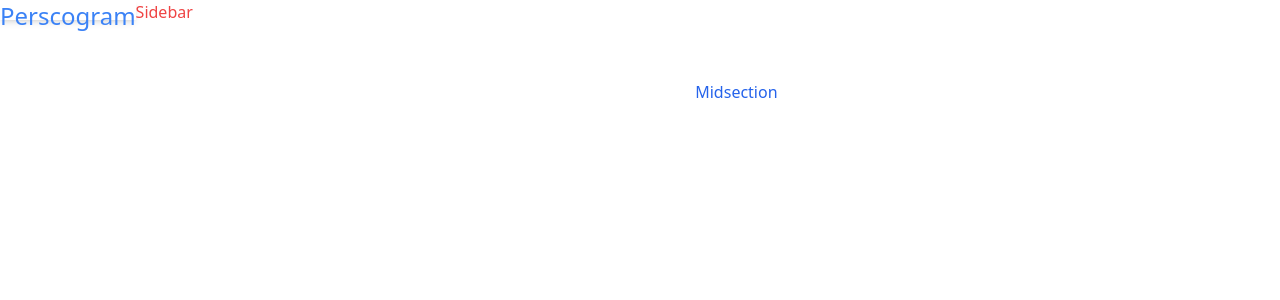
Repository: brandford7/perscogram
Page: /
An editor plug-in stored every save of this project. The page is shown before and after a run of saves, followed by the edit.
The browser window is 1280 px wide. The pictures show the whole page.
The project was rebuilt for these pictures with package versions that can differ from the ones it lists, and the page was loaded fresh each time. The framework's server and built-in components were replaced by stand-ins that run in the browser. Also part of the build but not shown: next.config.js.

Above is the page before, as saved 2022-12-15 22:00:45.

### pages/index.js
import Head from 'next/head'
import { Header, Midsection, Sidebar } from '../components'





export default function Home() {
  return (
    <>
      <Head>
        <title>Perscogram</title>
        <meta name="description" content="Generated by create next app" />
        <meta name="viewport" content="width=device-width, initial-scale=1" />
        <link rel="icon" href="/favicon.ico" />
      </Head>

      <div className="flex  w-full h-screen text-green-500 ">
        <header><Header/></header>
        <aside>
          <Sidebar />
        </aside>
        <main className="flex  mx-auto">
          <Midsection />
        </main>
      </div>
    </>
  );
}

### styles/globals.css
@tailwind base;
@tailwind components;
@tailwind utilities;

* {
  box-sizing: border-box;
  padding: 0;
  margin: 0;
}

html,
body {
  max-width: 100vw;
  overflow-x: hidden;
}

body {
  color: rbg(--foreground-rgb);
  background: linear-gradient(
      to bottom,
      transparent,
      rgb(var(--background-end-rgb))
    )
    rgb(var(--background-start-rgb));
}

a {
  color: inherit;
  text-decoration: none;
}

@media (prefers-color-scheme: dark) {
  html {
    color-scheme: dark;
  }
}

### components/index.js
export { default as Midsection } from './Midsection'
export { default as Sidebar } from './Sidebar'
export { default as Header } from './Header'

### components/Midsection.jsx
import React from 'react'

const Midsection = () => {
  return (
    <div className= 'mt-20 text-blue-600'>Midsection</div>
  )
}

export default Midsection

### components/Sidebar.jsx
import React from 'react'

const Sidebar = () => {
  return (
    <div className="text-red-500">Sidebar</div>
  )
}

export default Sidebar

### components/Header.jsx
import React from "react";

const Header = () => {
  return (
    <div className="h-5 shadow-md">
      <h1 className="text-blue-500 text-2xl">Perscogram</h1>
    </div>
  );
};

export default Header;

Loaded but not shown: pages/_app.js (common file); pages/_document.js (common file); tailwind.config.js (common file)

After the next 2 saves:
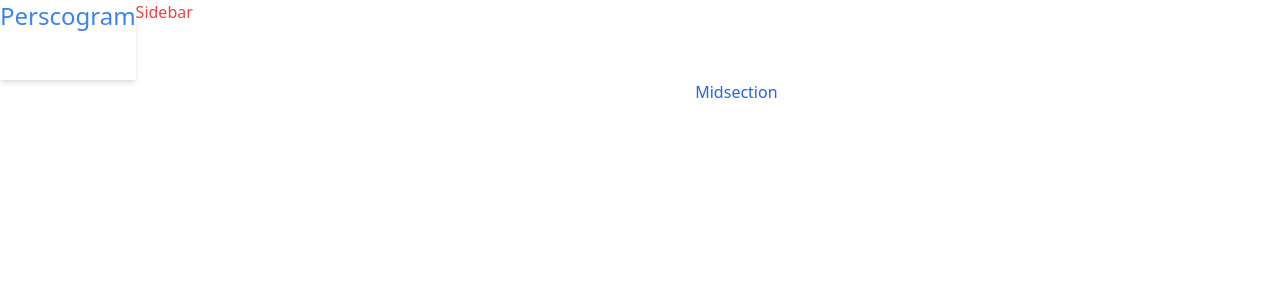
The 2 saves are shown as one change because they came seconds apart.
The last was saved 6 s later.
--- a/components/Header.jsx
+++ b/components/Header.jsx
@@ -2,7 +2,7 @@ import React from "react";
 
 const Header = () => {
   return (
-    <div className="h-5 shadow-md">
+    <div className="h-20 shadow-md">
       <h1 className="text-blue-500 text-2xl">Perscogram</h1>
     </div>
   );
